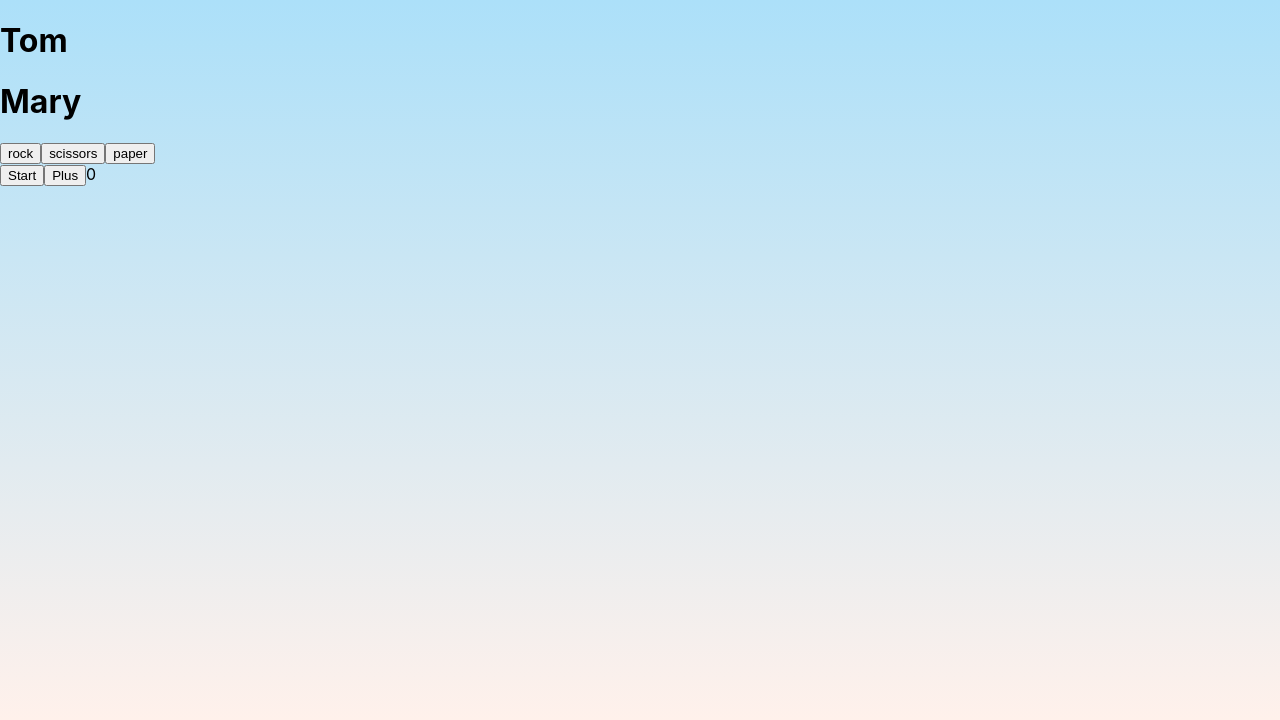
Repository: K009/Rock-Paper-Scissors
Page: /
These files come from the project's save history. The page is drawn as it stood at one moment and after the next save; the edit follows.
The browser window is 1280 px wide. The pictures show the whole page.
The project was rebuilt for these pictures with package versions that can differ from the ones it lists, and the page was loaded fresh each time.

Above is the page before, as saved 2020-05-13 08:29:51.

After the next save:
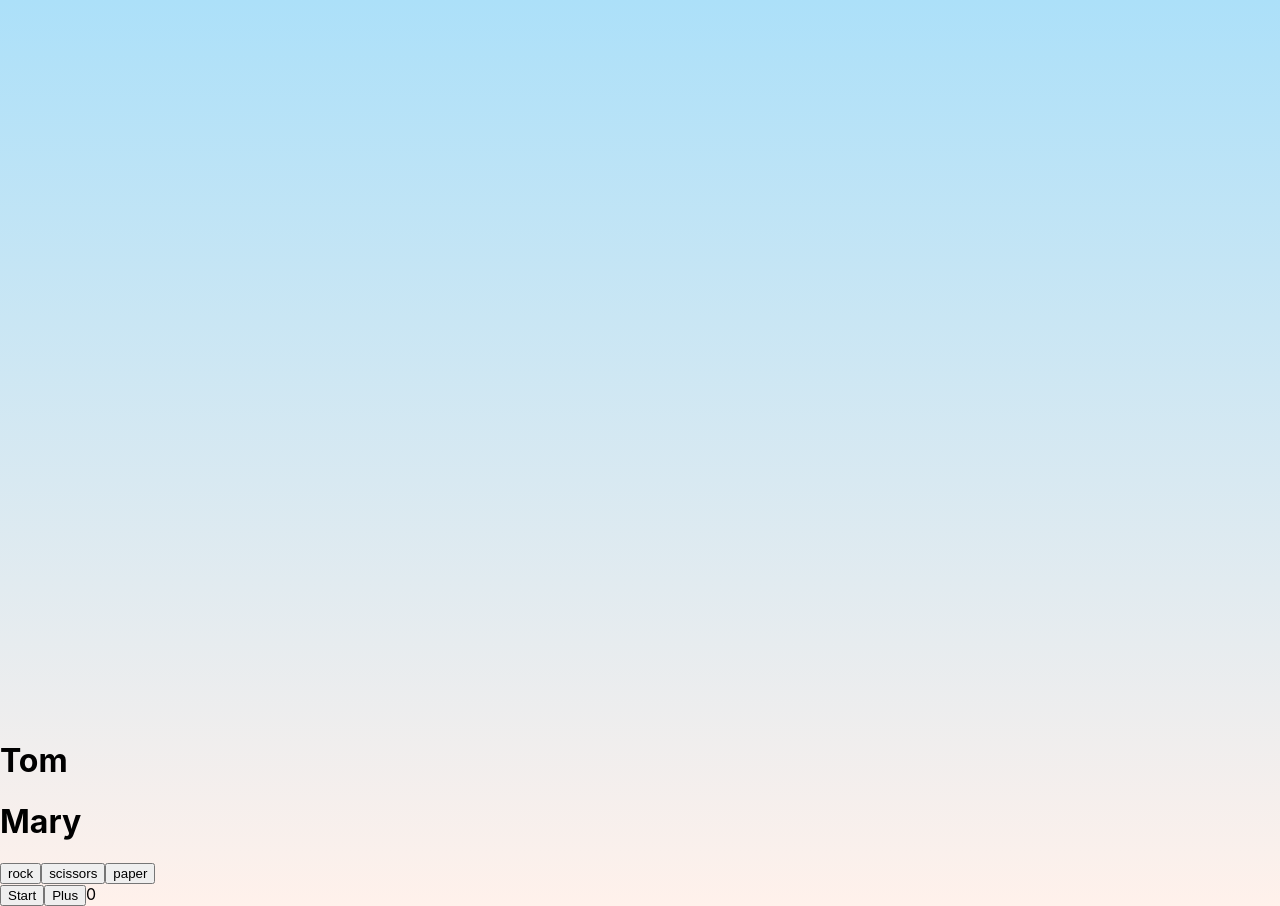
Saved 29 s later.
--- a/src/App.css
+++ b/src/App.css
@@ -4,7 +4,7 @@
 }
 
 .Title {
-  font-size: 50px;
+  min-height: 100vh;
   text-align: center;
   justify-content: space-around;
 
